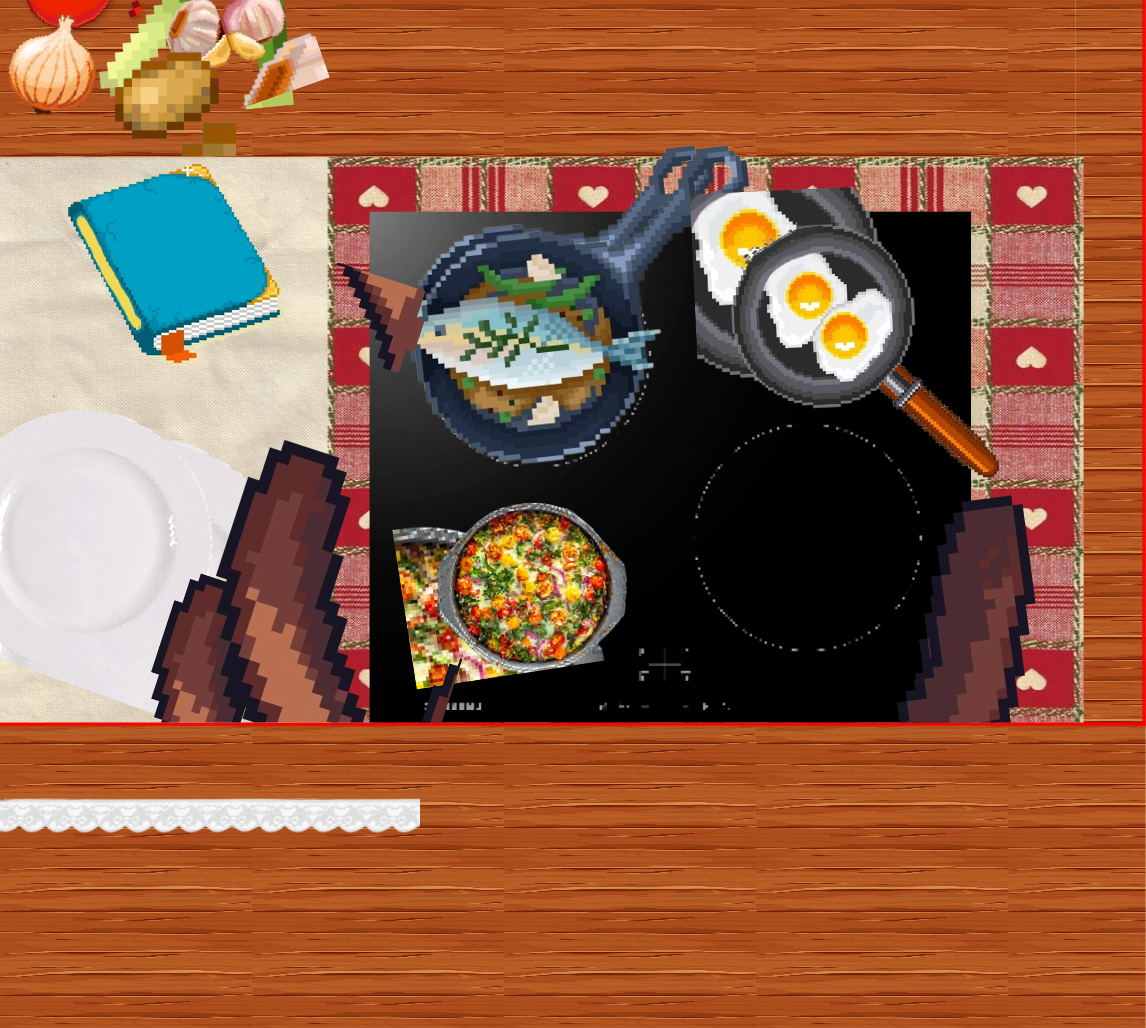
Repository: AJamdonuts/ToddyTalks
Page: playingaround2/pages/chefsujin.html
An editor plug-in stored every save of this project. The page is shown before and after the next save, followed by the edit.
The browser window is 1280 px wide. The page is 1364 px wide, then 1360 px, so the pictures cover 1364 px, including what lies to the right of the window. The pictures show the whole page, at 84% of full size.

Above is the page before, as saved 2025-11-27 00:09:28.

### playingaround2/pages/chefsujin.html
<!DOCTYPE html>
<html>
<head>
    <meta charset="UTF-8">
    <meta name="viewport" content="width=device-width, initial-scale=1">
    <link href="/playingaround2/styles/chefsujin.css" rel="stylesheet">
    <script src="/playingaround2/javascript/chefsujin.js" defer></script>
    <title>Chef Sujin</title>
    <link rel="icon" type="image/x-icon" href="/playingaround2/images/favicon.ico">
</head>
<body>
    <div class="page-background">
        <div class="site-wrapper">
            <header>
            </header>

            <div class="section-divider">

            </div>
            <main>
                <div class="canvas">
                        <div class="canvas-content">
                            <img src="/playingaround2/images/b41e50d46e26e9463ce130b2da7a46aa.jpg" class="creamtexture">
                            <img src="/playingaround2/images/check table cloth.jpg" class="checktablecloth">
                            <img src="/playingaround2/images/pxArt-2.png" class="hob">
                            <img src="/playingaround2/images/pixil-frame-0-removebg-preview 1.png" class="recipebook">
                            <img src="/playingaround2/images/fishpan.png" class="fishpan">
                            <img src="/playingaround2/images/leek-removebg-preview.png" class="leek">
                            <img src="/playingaround2/images/garlic-removebg-preview.png" class="garlic">
                            <img src="/playingaround2/images/d95fa1e62c663504736614e026fc4862-removebg-preview.png" class="potato">
                            <img src="/playingaround2/images/pixil-frame-0-removebg-preview.png" class="eggpan" >
                            <img src="/playingaround2/images/pxArt-2-removebg-preview.png" class="vegpan">
                            <img src="/playingaround2/images/pxArt-removebg-preview.png" class="plate">
                            <img src="/playingaround2/images/tomato-removebg-preview.png" class="tomato">
                            <img src="/playingaround2/images/onion-removebg-preview.png" class="onion">
                            <img src="/playingaround2/images/IMG_0236_2-removebg-preview.png" class="beararm1" >
                            <img src="/playingaround2/images/IMG_0236-removebg-preview.png" class="beararm2" >
                        </div>
                </div>
            </main>

            <footer>
                <div class="footer-content">
                </div>
            </footer>

        </div> <!-- .site-wrapper -->
    </div> <!-- .page-background -->



</body>
</html>








                            <img src="/playingaround2/images/09362b8ce39beb85f830c3373e6b392c-removebg-preview.png" alt="Chef Sujin Banner" class="chef-sujin-banner">

### playingaround2/styles/chefsujin.css

html, body {
    background-image: url('/playingaround2/images/kitchencounter.jpg');
    background-repeat: repeat; /* repeat the image */
    background-size: 300px 100px; /* set width and height for each tile */
    background-position: top left; /* start tiling from top-left */
    background-attachment: scroll; /* moves with page */
    background-color: #ffffff; /* fallback color */
    width: 100%;
    height: 100%;
    margin: 0;
    padding: 0;
}

.page-background {
    position: relative; /* Essential for absolute border elements (if you add them later) */
    width: 100%;
    height: 100%;
    /* Add your overall background/border styles here */
}


.site-wrapper {
    display: flex;
    flex-direction: column;
    height: 100%; /* Take up 100% of .page-background's height */
    max-width: 1440px; /* Example: Limit the content width */
    margin: 0 auto;
}

main {
    flex-grow: 1;
    position: relative;
    text-align: center;
    margin: 20px auto;              /* space around the box */
    width: 100%;
}

.canvas {

    position: absolute;
    top: 50%;
    left: 50%;
    width: 1440px;   /* design width */
    height: 1000px;  /* design height */
    transform-origin: top left; /* easier to work with scaling */
    transform: translate(-50%, -50%) scale(var(--scale-factor, 1));
    border: 4px solid red !important;
    overflow: hidden;
}

.canvas-content {
    position: absolute;
    left: 50px; /* adjust this number: 20px, 40px, 70px, etc. */
    top: 0;
}


.tomato {
    position: absolute;
    width: 133.75px;
    height: 133.75px;
    left: 45.02px;
    top: 55.06px;
    background: url(tomato-removebg-preview.png);
    filter: drop-shadow(0px 4px 4px rgba(0, 0, 0, 0.25));
    border-radius: 4px;
    transform: rotate(-24.58deg);
}

.potato {
    position: absolute;
    width: 165px;
    height: 165px;
    left: 146px;
    top: 161px;
    background: url(d95fa1e62c663504736614e026fc4862-removebg-preview.png);
}

.leek {
    position: absolute;
    width: 257.96px;
    height: 257.96px;
    left: 109.95px;
    top: 20px;
    background: url(leek-removebg-preview.png);
    transform: rotate(-5.62deg);
}

.garlic {
    position: absolute;
    width: 194.8px;
    height: 194.8px;
    left: 200.62px;
    top: 74.87px;
    background: url(garlic-removebg-preview.png);
    transform: rotate(-19.27deg);
}

.onion {
    position: absolute;
    width: 126.18px;
    height: 144.28px;
    left: 32px;
    top: 145.3px;
    background: url(onion-removebg-preview.png);
    transform: rotate(17.63deg);
    }

.recipebook {
    position: absolute;
    width: 300px;
    height: 300px;
    left: 90px;
    top: 302px;
}

.plate {
    position: absolute;
    width: 334.76px;
    height: 332.75px;
    left: -40px;
    top: 616px;
    background: url(pxArt-removebg-preview.png);
    transform: rotate(19.64deg);
}

.beararm1 {
    position: absolute;
    width: 448.49px;
    height: 883.17px;
    left: 132px;
    top: 450px;
    background: url(IMG_0236_2-removebg-preview.png);
    transform: matrix(0.95, 0.31, 0.31, -0.95, 0, 0);
}

.beararm2 {
    position: absolute;
    width: 348.8px;
    height: 764.5px;
    left: 1000px;
    top: 500px;
    background: url(IMG_0236-removebg-preview.png);
    transform: matrix(0.99, -0.13, -0.13, -0.99, 0, 0);
}

.fishpan {
    position: absolute;
    width: 546.95px;
    height: 546.95px;
    left: 460px;
    top: 280px;
    background: url(fishpan.png);
    transform: rotate(-6.22deg);
}

.eggpan {
    position: absolute;
    width: 396px;
    height: 396px;
    left: 860px;
    top: 362.44px;
    background: url(pixil-frame-0-removebg-preview.png);
    transform: rotate(177.33deg);
}

.vegpan {
    position: absolute;
    width: 207px;
    height: 310px;
    left: 560px;
    top: 680px;
    background: url(pxArt-2-removebg-preview.png);
    transform: rotate(81.24deg);
}

.hob {
    position: absolute;
    width: 716px;
    height: 632px;
    left: 470px;
    top: 392px;
    background: url(pxArt-2.png);
}

.creamtexture {
    position: absolute;
    width: 476px;
    height: 696px;
    left: 0px;
    bottom:0px;
    top: 327px;
    background: url(b41e50d46e26e9463ce130b2da7a46aa.jpg);
}

.checktablecloth {
    position: absolute;
    width: 900px;
    height: 697px;
    bottom: 0px;
    top: 327px;
    left: 420px;
}

### playingaround2/javascript/chefsujin.js
function calculateScaleFactor() {
    const DESIGN_WIDTH = 400;
    const DESIGN_HEIGHT = 500;
    const MIN_SCALE =0.;

    const viewportWidth = window.innerWidth;
    const viewportHeight = window.innerHeight;

    const widthScale = viewportWidth / DESIGN_WIDTH;
    const heightScale = viewportHeight / DESIGN_HEIGHT;

    const scaleFactor = Math.min(widthScale, heightScale, 1); // never scale above 1
    const finalScale = Math.max(scaleFactor, MIN_SCALE);      // never scale below MIN_SCALE

    const canvas = document.querySelector('.canvas');
    if (canvas) {
        canvas.style.setProperty('--scale-factor', finalScale);
    }
}

window.addEventListener('resize', calculateScaleFactor);
document.addEventListener('DOMContentLoaded', calculateScaleFactor);

After the next save:
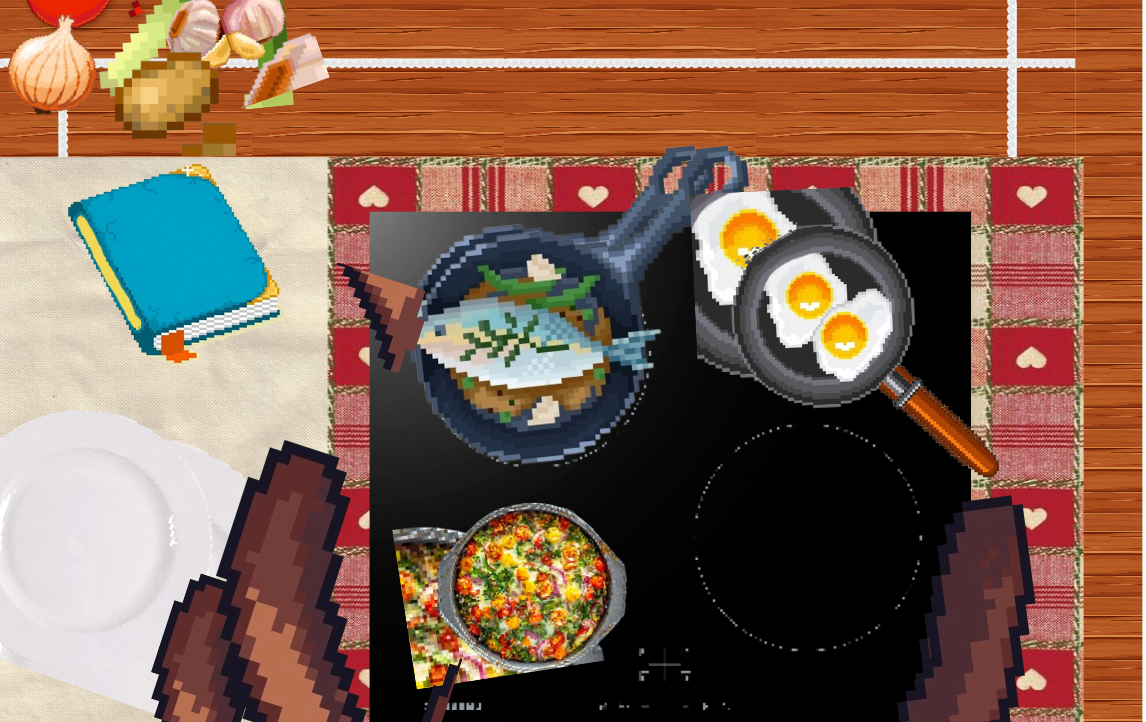
Saved 44 min 36 s later.
--- a/playingaround2/pages/chefsujin.html
+++ b/playingaround2/pages/chefsujin.html
@@ -51,12 +51,3 @@
 
 </body>
 </html>
-
-
-
-
-
-
-
-
-                            <img src="/playingaround2/images/09362b8ce39beb85f830c3373e6b392c-removebg-preview.png" alt="Chef Sujin Banner" class="chef-sujin-banner">
--- a/playingaround2/styles/chefsujin.css
+++ b/playingaround2/styles/chefsujin.css
@@ -17,6 +17,30 @@ html, body {
     width: 100%;
     height: 100%;
     /* Add your overall background/border styles here */
+        background-image:
+        var(--top-tile),
+        var(--right-tile),
+        var(--bottom-tile),
+        var(--left-tile);
+    background-repeat:
+        repeat-x, /* 1. Top */
+        repeat-y, /* 2. Right */
+        repeat-x, /* 3. Bottom */
+        repeat-y; /* 4. Left */
+
+    /* SIZE: Define the size of the border tile for each strip */
+    background-size:
+        auto var(--border-thickness), /* 1. Top (Auto width, fixed height) */
+        var(--border-thickness) auto, /* 2. Right (Fixed width, auto height) */
+        auto var(--border-thickness), /* 3. Bottom */
+        var(--border-thickness) auto; /* 4. Left */
+
+    /* POSITION: Place each strip at its respective edge */
+    background-position:
+        top left,    /* 1. Top Edge: starts at top left, repeats right */
+        top right,   /* 2. Right Edge: starts at top right, repeats down */
+        bottom left, /* 3. Bottom Edge: starts at bottom left, repeats right */
+        top left;    /* 4. Left Edge: starts at top left, repeats down */
 }
 
 
@@ -35,6 +59,13 @@ main {
     margin: 20px auto;              /* space around the box */
     width: 100%;
 }
+:root {
+    --border-thickness: 150px; /* Define the height/width of the border strip */
+    --top-tile: url('/playingaround2/images/09362b8ce39beb85f830c3373e6b392c-removebg-preview.png');    /* Upright tile */
+    --bottom-tile: url('/playingaround2/images/border-d.png'); /* 180° rotated tile */
+    --left-tile: url('/playingaround2/images/borderl-.png');  /* 90° rotated tile */
+    --right-tile: url('/playingaround2/images/br.png'); /* 270° rotated tile */
+}
 
 .canvas {
 
@@ -45,7 +76,6 @@ main {
     height: 1000px;  /* design height */
     transform-origin: top left; /* easier to work with scaling */
     transform: translate(-50%, -50%) scale(var(--scale-factor, 1));
-    border: 4px solid red !important;
     overflow: hidden;
 }
 
@@ -53,6 +83,7 @@ main {
     position: absolute;
     left: 50px; /* adjust this number: 20px, 40px, 70px, etc. */
     top: 0;
+
 }
 
 
